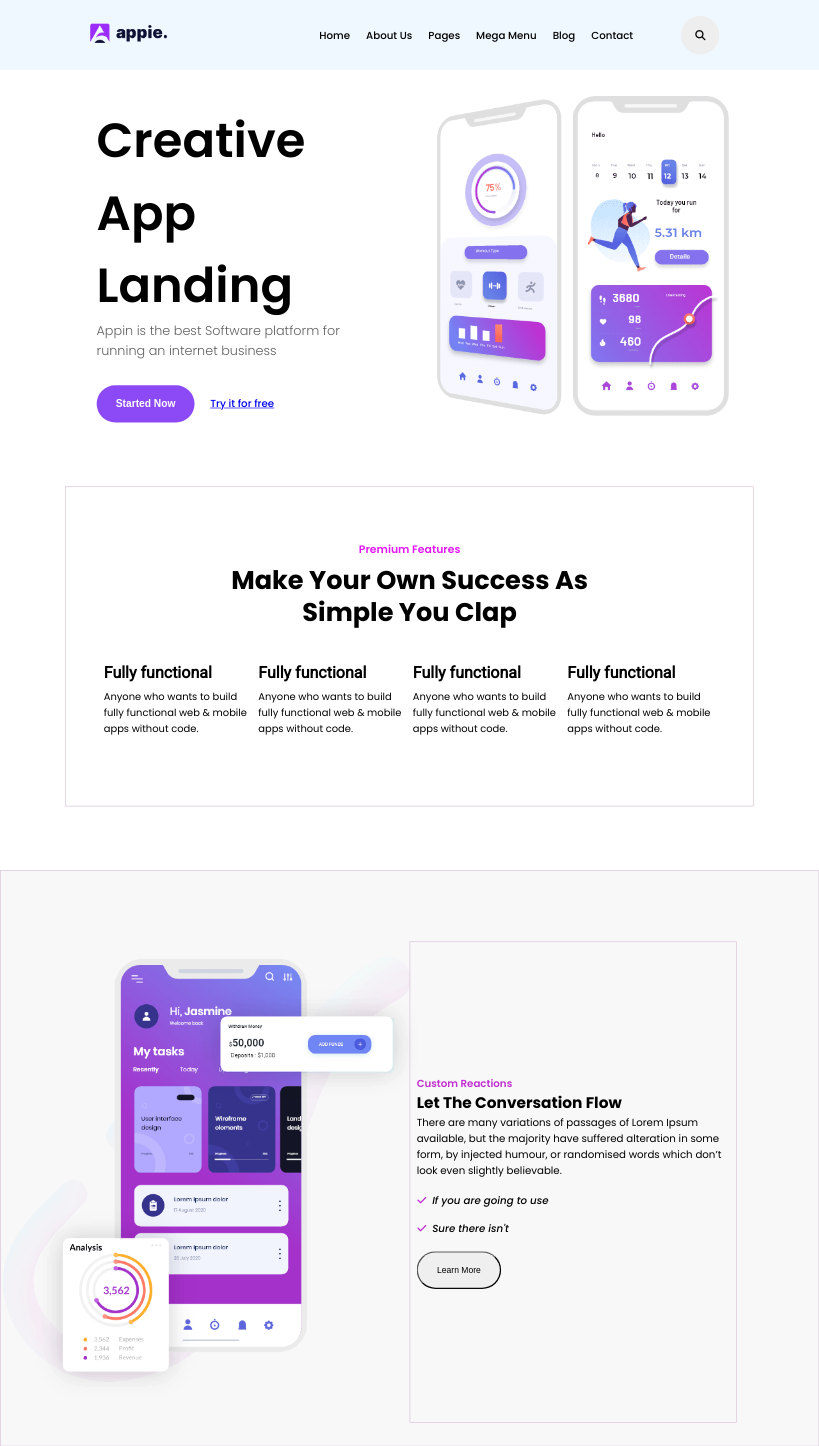
Repository: northpx/landingpage
Page: index.html
These files come from the project's save history. The page is drawn as it stood at one moment and after a run of saves; the edit follows.
The browser window is 1280 px wide. The pictures show the whole page, at 64% of full size.

Above is the page before, as saved 2022-12-28 16:05:09.

### index.html
<!DOCTYPE html>
<html lang="en">

<head>
    <meta charset="UTF-8">
    <meta http-equiv="X-UA-Compatible" content="IE=edge">
    <meta name="viewport" content="width=device-width, initial-scale=1.0">
    <link rel="stylesheet" href="/src/css/style.css">
    <link rel="stylesheet" href="https://cdnjs.cloudflare.com/ajax/libs/font-awesome/6.2.1/css/all.min.css"
        integrity="sha512-MV7K8+y+gLIBoVD59lQIYicR65iaqukzvf/nwasF0nqhPay5w/9lJmVM2hMDcnK1OnMGCdVK+iQrJ7lzPJQd1w=="
        crossorigin="anonymous" referrerpolicy="no-referrer" />
    <title>Document</title>

</head>

<body>
    <div class="container">
        <div class="navbar">
            <div class="logo">
                <div class="logo-img">
                    <img src="image/purple-logo.png" alt="">
                </div>
            </div>
            <div class="menu">
                <div class="menu-list">
                    <ul class="menu-item">
                        <li class="item">Home</li>
                        <li class="item">About Us</li>
                        <li class="item">Pages</li>
                        <li class="item">Mega Menu</li>
                        <li class="item">Blog</li>
                        <li class="item">Contact</li>
                    </ul>
                </div>
                <i class="fa-solid fa-bars"></i>
                <div class="search">
                    <div class="box-search">
                        <i class="fa-solid fa-magnifying-glass"></i>
                    </div>
                </div>
            </div>

        </div>
        <div class="header">
            <div class="header1">
                <div class="content">
                    <div class="header1_content">
                        <h1>Creative <br>App Landing</h1>
                        <h6>Appin is the best Software platform for running an internet business</h6>
                    </div>
                    <button class="btn_start">
                        Started Now
                    </button>
                    <a href="#">Try it for free</a>
                </div>
            </div>
            <div class="header2">
                <div class="header2_image">
                    <img src="image/home1-app-screen.png" alt="">
                </div>
            </div>
        </div>
        <div class="section2">
            <div class="section2_box">
                <div class="section2_title">
                    <p>Premium Features</p>
                    <h2>Make Your Own Success As <br>Simple You Clap</h2>
                </div>
                <div class="section2_content">
                    <div class="section2_content_body">
                        <div class="content1">
                            <div class="content_title">
                                <h2>Fully functional</h2>
                                <p>Anyone who wants to build fully functional web & mobile apps without code.</p>
                            </div>
                        </div>
                        <div class="content1">
                            <div class="content_title">
                                <h2>Fully functional</h2>
                                <p>Anyone who wants to build fully functional web & mobile apps without code.</p>
                            </div>
                        </div>
                        <div class="content1">
                            <div class="content_title">
                                <h2>Fully functional</h2>
                                <p>Anyone who wants to build fully functional web & mobile apps without code.</p>
                            </div>
                        </div>
                        <div class="content1">
                            <div class="content_title">
                                <h2>Fully functional</h2>
                                <p>Anyone who wants to build fully functional web & mobile apps without code.</p>
                            </div>
                        </div>
                    </div>
                </div>
            </div>
        </div>
        <div class="section3_container">
            <div class="section3">
                <div class="section3_img">
                    <div class="image">
                        <img src="image/Screen-1-1.png" alt="">
                    </div>
                </div>
                <div class="section3_content">
                    <div class="content3">
                        <h2>Custom Reactions</h2>
                        <h2>Let The Conversation Flow</h2>
                        <p>
                            There are many variations of passages of Lorem Ipsum available, but the majority have
                            suffered alteration in some form, by injected humour, or randomised words which don’t look
                            even slightly believable.
                        </p>
                        <ul>
                            <li>
                                <i class="fa-solid fa-check"></i>
                                <span>If you are going to use</span>
                            </li>
                            <li>
                                <i class="fa-solid fa-check"></i>
                                <span>Sure there isn't</span>
                            </li>
                        </ul>
                        <div class="btn-section3">
                            <button>Learn More</button>
                        </div>
                    </div>
                </div>
            </div>
        </div>
    </div>

</html>

### src/css/style.css
@import url('https://fonts.googleapis.com/css2?family=Poppins:ital,wght@0,200;0,300;0,400;0,500;0,600;0,700;0,800;0,900;1,200;1,300;1,400;1,500;1,600;1,700;1,800;1,900&family=Roboto&display=swap');
@import url(https://fonts.googleapis.com/css?family=Open+Sans:300,400,700);
*{
    padding: 0;
    margin: 0;
    box-sizing: border-box;
}
body{
    font-family: 'Poppins';
}
.container{
    width: 100%;
    height: 1000px;
    /* overflow: auto; */
}

.navbar{
    display: flex;
    width: 100%;
    height: 110px;
    align-items: center;
    margin: 0 auto;
    padding: 0 11%;
    position: sticky;
    top: 0;
    z-index: 5;
    background-color: aliceblue;
}


.menu{
    display: flex;
    margin-left: auto;
    align-items: center;
}

.menu .menu-item{
    display: flex;
    list-style-type: none;
}

.item{
    margin-right: 25px;
    font-weight: 500;
}

.search{
    margin-left: 50px;
    margin-right: 5px;
    align-items: center;
}
.box-search{
    width: 60px;
    height: 60px;
    background: #efeeee;
    color: rgb(4, 4, 4);
    display: inline-flex;
    align-items: center;
    justify-content: center;
    border-radius: 50%;
    margin-right: 10px;
}

.fa-solid.fa-bars{
    display: none;
}

.header{
    width: 78%;
    height: 550px;
    margin: 0 auto;
}

.header1{
    float: left;
    width: 50%;
    height: 550px;
    position: relative;
}
.header2{
    float: left;
    width: 50%;
    height: 550px;
    position: relative;
}
.header::after{
    content: "";
    display: table;
    clear: both;
}

.content{
    position: absolute;
    width: 90%;
    bottom: 0;
    left: 0;
    padding-left: 10px;
}
.header2_image{
    position: absolute;
    right: 0;
    bottom: 0;
}

.btn_start{
    border-radius: 30px;
    padding: 20px 30px;
    font-size: 16px;
    font-weight: 600;
    color: white;
    margin-right: 20px;
    border: none;
    outline: none;
    background-color: rgb(140, 74, 246);
}

a{
    font-size: 16px;
    font-weight: 500;
}

.header1_content{
    margin-bottom: 40px;
}
h1{
    font-size: 75px;
    font-weight: 600;
}

h6{
    font-weight: 300;
    font-size: 20px;
    color: rgb(97, 97, 97);
}

.section2{
    width: 84%;
    height: 500px;
    display: flex;
    flex-direction: column;
    border: 1px solid thistle;
    margin: 100px auto;
    /* margin-top: 100px; */
    align-items: center;
    justify-content: center;
}
.section2_title{
    text-align: center;
}
.section2_title h2{
    font-size: 40px;
    line-height: 50px;
}
.section2_title p{
    font-size: 17px;
    font-weight: 600;
    color: rgb(226, 24, 249);
    margin-bottom: 10px;
}
.section2_box{
    display: flex;
    flex-direction: column;
    margin-bottom: 20px;
    align-items: center;
    justify-content: center;
}

.section2_content{
    width: 100%;
    margin-top: 50px;
}
.section2_content_body{
    width: 90%;
    display: flex;
    margin: 0 auto;
}
.content1{
    width: 25%;
    padding: 5px;
}

.content_title h2{
    font-family: 'Roboto';
    font-weight: bold;
    font-size: 25px;
    margin-bottom: 10px;
}
.content_title p {
    line-height: 25px;
    font-size: 15.5px;
}

.section3_container{
    width: 100%;
    height: 900px;
    border: 1px solid thistle;
    background-color: rgb(248, 248, 248);
    padding: 110px 0px 70px;
}

.section3{
    width: 80%;
    display: flex;
    margin: 0 auto;
}

.section3_img{
    width: 50%;
    align-items: center;
    display: flex;
    flex-wrap: wrap;
    justify-content: center;
    line-height: 30px;
    padding: 10px;
}
.image{
    margin-left: -100px;
}
.section3_img img{
    display: inline-block;
    text-align: left;
}

.section3_content{
    display: flex;
    flex-wrap: wrap;
    align-items: center;
    justify-content: center;
    width: 50%;
    border: 1px solid thistle;
    padding: 10px;
}
.content3{
    width: 100%;
}

.content3 ul{
    list-style-type: none;
    line-height: 30px;
    margin: 20px 0px;
}
.content3 li:nth-child(1){
    padding-bottom: 7px;
}
.content3 li:nth-child(2){
    margin-top: 7px;
}
.content3 span{
    font-style: italic;
    font-weight: 500;
}
.fa-solid.fa-check{
    width: 20px;
    height: 16px;
    color: #c02ed1;
    font-weight: 900;
}

.btn-section3 button{
    padding: 20px 30px;
    border-radius: 40px;
}
.content3 h2:nth-child(1){
    font-size: 16px;
    font-weight: 600;
    color: #c02ed1;
}

After the next 3 saves:
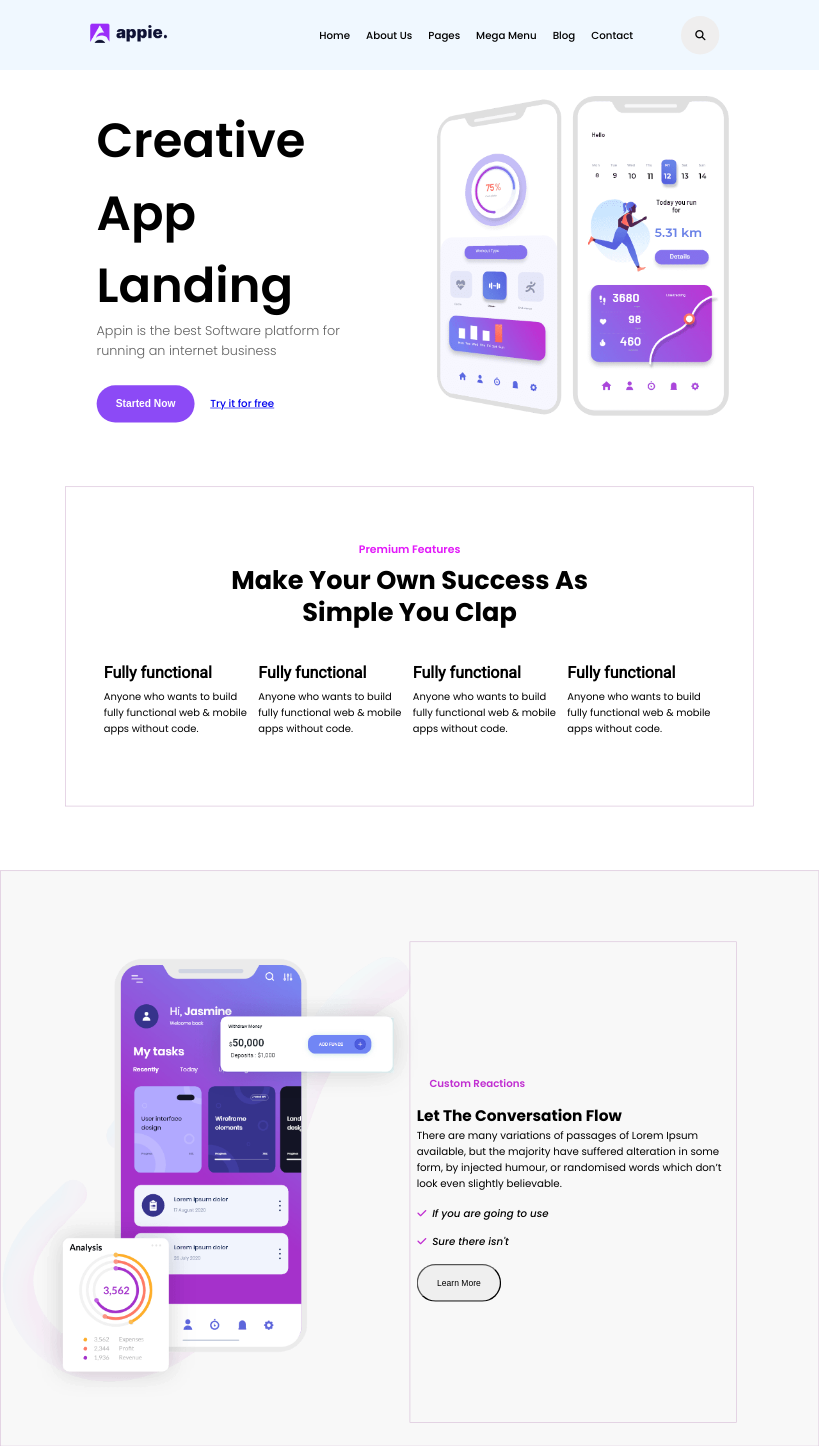
The 3 saves are shown as one change because they came seconds apart.
The last was saved 14 s later.
--- a/src/css/style.css
+++ b/src/css/style.css
@@ -264,4 +264,5 @@ h6{
     font-size: 16px;
     font-weight: 600;
     color: #c02ed1;
-}
+    margin: 20px;
+}
